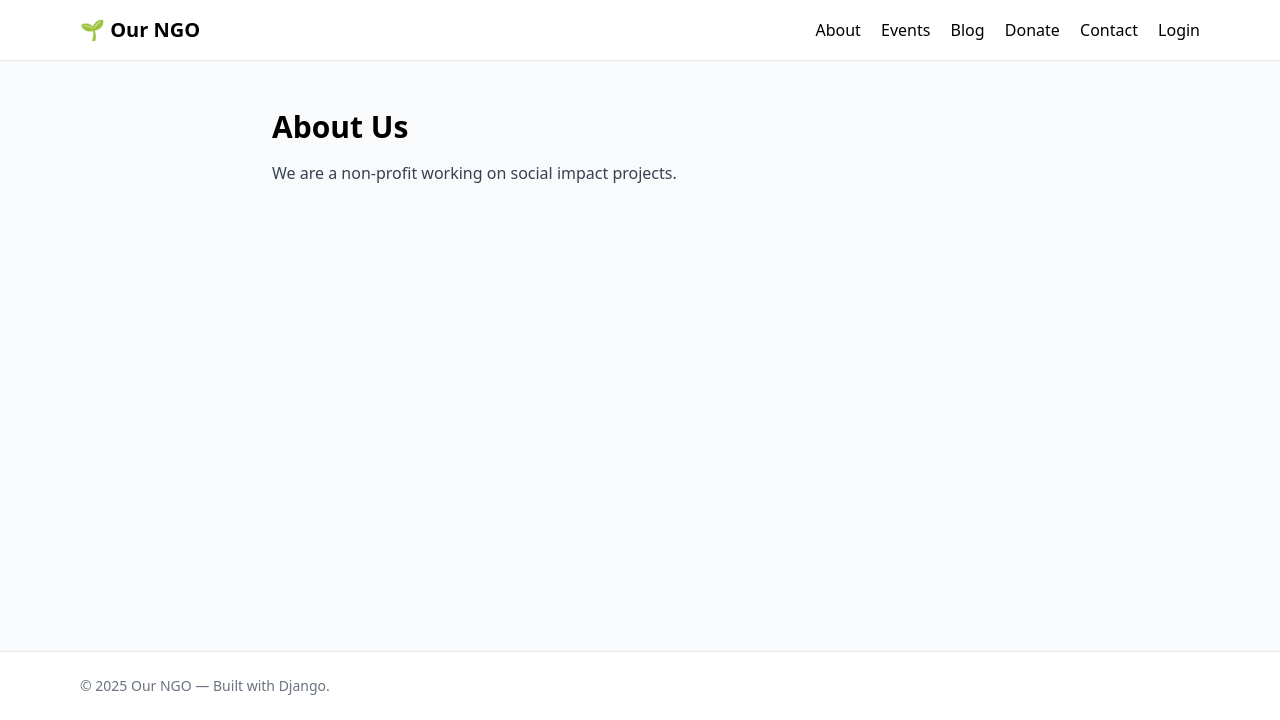
Repository: falak346/OUR-NGO
Page: http://localhost/about/
These files come from the project's save history. The page is drawn as it stood at one moment and after the next save; the edit follows.
The browser window is 1280 px wide. The pictures show the whole page.
Some web libraries are served in a nearby version. The page is served by the project's application, run on Django 5.2 (ngo_site/manage.py). Other server files are loaded and not shown.

Above is the page before, as saved 2025-11-13 11:38:22.

### ngo_site/ngo_site/templates/about.html
{% extends "base.html" %}
{% block title %}About — NGO{% endblock %}
{% block content %}
<section class="max-w-3xl mx-auto px-4 py-12">
  <h1 class="text-3xl font-bold mb-4">About Us</h1>
  <p class="text-gray-700">We are a non-profit working on social impact projects.</p>
</section>
{% endblock %}

### ngo_site/ngo_site/templates/base.html
<!doctype html>
<html lang="en">
<head>
  <meta charset="utf-8">
  <meta name="viewport" content="width=device-width, initial-scale=1">
  <title>{% block title %}NGO Site{% endblock %}</title>
  <script src="https://cdn.tailwindcss.com"></script>
  <link rel="stylesheet" href="/static/css/styles.css">
</head>
<body class="min-h-screen bg-gray-50 flex flex-col">
  <header class="bg-white border-b">
    <div class="max-w-6xl mx-auto px-4 py-4 flex items-center justify-between">
      <a href="/" class="text-xl font-bold">🌱 Our NGO</a>
      <nav class="space-x-4">
        <a class="hover:underline" href="/about/">About</a>
        <a class="hover:underline" href="/events/">Events</a>
        <a class="hover:underline" href="/blog/">Blog</a>
        <a class="hover:underline" href="/donate/">Donate</a>
        <a class="hover:underline" href="/contact/">Contact</a>

        {% if request.user.is_authenticated %}
          <a class="hover:underline" href="/admin/">Admin</a>
        {% endif %}

        <!-- 13/11 -->

        {% if user.is_authenticated %}
          <form method="post" action="{% url 'logout' %}" class="hover:underline">
            {% csrf_token %}
            <button type="submit" >
              Logout
            </button>
          </form>
        {% else %}
          <a  class="hover:underline" href="{% url 'login' %}">Login</a>
        {% endif %}

      </nav>
    </div>
  </header>

  <main class="flex-1">
    {% block content %}{% endblock %}
  </main>

  <footer class="bg-white border-t">
    <div class="max-w-6xl mx-auto px-4 py-6 text-sm text-gray-500">
     © {% now "Y" %} Our NGO — Built with Django.

    </div>
  </footer>
</body>
</html>

### ngo_site/core/views.py
from django.shortcuts import render
from blog.models import Post
from events.models import Event

def home(request):
    latest_posts = Post.objects.order_by("-published_at")[:5]
    upcoming_events = Event.objects.order_by("start_date")[:5]
    return render(request, "home.html", {"latest_posts": latest_posts, "upcoming_events": upcoming_events})

def about(request):
    return render(request, "about.html")

def contact(request):
    sent = False
    if request.method == "POST":
        # For MVP we just show a 'sent' message. Configure email in settings to actually send.
        sent = True
    return render(request, "contact.html", {"sent": sent})

### ngo_site/ngo_site/urls.py
from django.contrib import admin
from django.urls import path, include
from core.views import home, about, contact

urlpatterns = [
    path("admin/", admin.site.urls),
    #13/11
    path('', include('core.urls')),
    path("", home, name="home"),
    path("about/", about, name="about"),
    path("contact/", contact, name="contact"),
    path("donate/", include("donations.urls")),
    path("blog/", include("blog.urls")),
    path("events/", include("events.urls")),
    #13/11
    path('accounts/', include('django.contrib.auth.urls')),

]

### ngo_site/core/urls.py
from django.urls import path
from .views import home, about, contact

#13/11
from django.views.generic import RedirectView
from . import views

urlpatterns = [
    path("", home, name="home"),
    path("about/", about, name="about"),
    path("contact/", contact, name="contact"),
    #13/11
    path('login/', RedirectView.as_view(url='/accounts/login/')),

]

### ngo_site/donations/urls.py
from django.urls import path
from .views import donate, thanks

urlpatterns = [
    path("", donate, name="donate"),
    path("thanks/", thanks, name="donation_thanks"),
]

### ngo_site/blog/urls.py
from django.urls import path
from .views import post_list, post_detail

urlpatterns = [
    path("", post_list, name="post_list"),
    path("<slug:slug>/", post_detail, name="post_detail"),
]

### ngo_site/events/urls.py
from django.urls import path
from .views import event_list, event_detail

urlpatterns = [
    path("", event_list, name="event_list"),
    path("<slug:slug>/", event_detail, name="event_detail"),
]

### ngo_site/ngo_site/static/css/styles.css
/* Basic overrides */
.prose p { margin-bottom: 1rem; }
input, textarea, select { width: 100%; border: 1px solid #e5e7eb; border-radius: 0.75rem; padding: 0.5rem 0.75rem; }

After the next save:
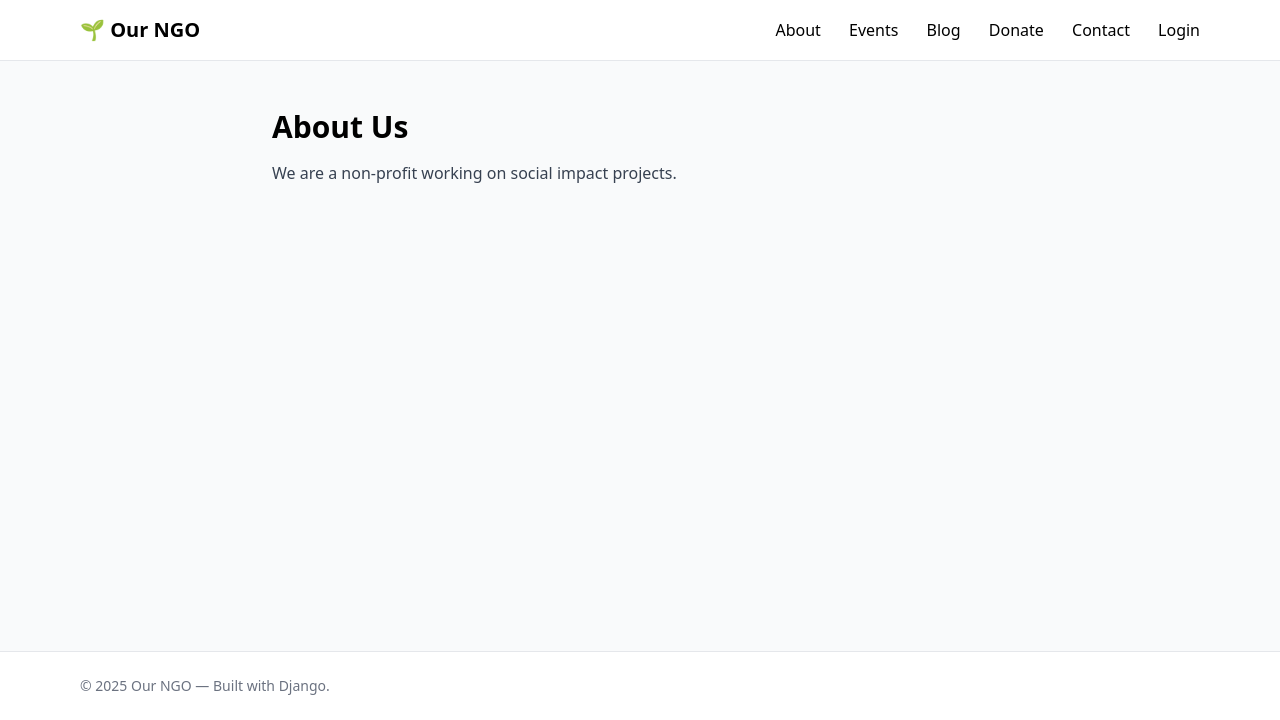
Saved 115 s later.
--- a/ngo_site/ngo_site/templates/base.html
+++ b/ngo_site/ngo_site/templates/base.html
@@ -11,7 +11,7 @@
   <header class="bg-white border-b">
     <div class="max-w-6xl mx-auto px-4 py-4 flex items-center justify-between">
       <a href="/" class="text-xl font-bold">🌱 Our NGO</a>
-      <nav class="space-x-4">
+      <nav class="space-x-6">
         <a class="hover:underline" href="/about/">About</a>
         <a class="hover:underline" href="/events/">Events</a>
         <a class="hover:underline" href="/blog/">Blog</a>
